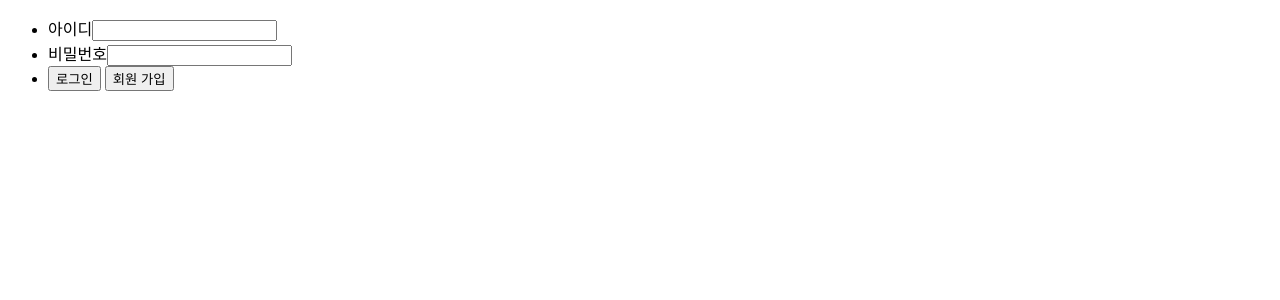
Repository: Tak-kuen/18-2
Page: http://localhost/studyjsp/ch11/loginForm.jsp
These files come from the project's save history. The page is drawn as it stood at one moment and after the next save; the edit follows.
The browser window is 1280 px wide. The pictures show the whole page.
The page is served by Tomcat 9. Other server files are loaded and not shown.

Above is the page before, as saved 2018-10-31 08:49:23.

### code/studyjsp/WebContent/ch11/loginForm.jsp
<%@ page language="java" contentType="text/html; charset=UTF-8"
    pageEncoding="UTF-8"%>
<%@ taglib prefix="c" uri="http://java.sun.com/jsp/jstl/core" %>
<!DOCTYPE html>
<html>
<head>
<meta charset="UTF-8">
<title>LoginForm</title>
</head>
<body>
<script src="../js/jquery-3.3.1.min.js"></script>
<script src="login.js"></script>
<c:if test="${empty id}">
	<div id="status">
		<ul>
			<li><label for="id">아이디</label><input id="id" name="id" type="email" size="20" maxlength="50">
			<li><label for="passwd">비밀번호</label><input id="passwd" name="passwd" type="password" size="20" maxlength="16">
			<li class="label2">
				<button id="login">로그인</button>
				<button id="register">회원 가입</button>
		</ul>
	</div>
</c:if>
<c:if test="${not empty id}">
	<div id="status">
		<ul>
			<li><b>${id}</b>님이 로그인 하셨습니다.
			<li class="label2"><button id="logout">로그아웃</button>
			<button id="update">회원 정보 변경</button>
		</ul>
	</div>
</c:if>
</body>
</html>

### code/studyjsp/WebContent/ch11/login.js
/**
 *
 */
var status=true;

$(document).ready(function() {
	$("#register").click(function() {
		$("#main_auth").load ("registerForm.jsp");
	});

	$("#login").click(function() {
		checkIt();
		if(status) {
			var query = {id: $("#id").val(),
					passwd: $("#passwd").val()};

			$.ajax({
				type:"post",
				url:"loginPro.jsp",
				data:query,
				success:function(data) {
					if(data==1) {
						$("#main_auth").load ("loginForm.jsp");
					}else if(data==0){
						alert("비밀번호가 틀립니다.");
						$("#passwd").val("");
						$("#passwd").focus();
					}else if(data== -1) {
						alert("아이디가 틀립니다");
						$("#id").val("")
						$("#passwd").val("");
						$("#id").focus();
					}//if - else if
				}//success
			});//ajax
		}//if
	});//#login

	$("#update").click(function() {
		$("#main_auth").load("modify.jsp");
	});

	$("#logout").click(function() {
		$.ajax({
			type:"post",
			url:"logout.jsp",
			success: function(data) {
				$("#main_auth").load("loginForm.jsp");
			}//success
		});//ajax
	});//logout

});//document

function checkIt() {
	status=true;
	if(!$.trim($("#id").val())) {
		alert("아이디를 입력하세요");
		$("#id").focus();
		status=false;
		return false;
	}
	if(!$.trim($("#passwd").val())) {
		alert("비밀번호를 입력하세요");
		$("#passwd").focus();
		status=false;
		return false;
	}
}

Loaded but not shown: code/studyjsp/WebContent/js/jquery-3.3.1.min.js (library)

After the next save:
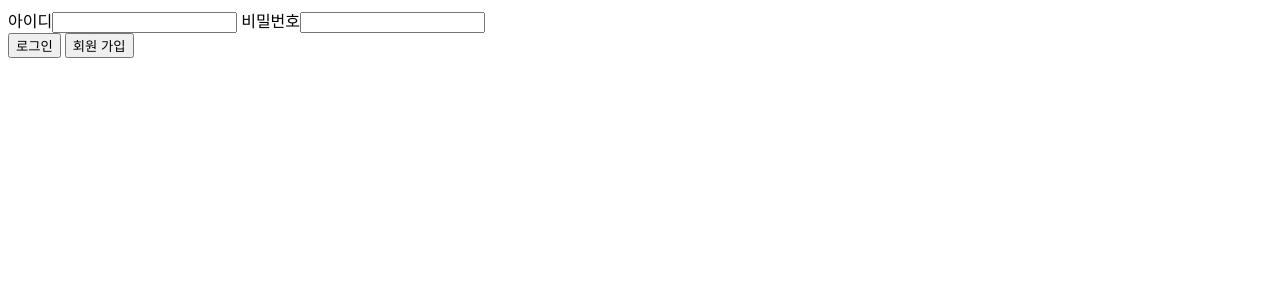
Saved 43 s later.
--- a/code/studyjsp/WebContent/ch11/loginForm.jsp
+++ b/code/studyjsp/WebContent/ch11/loginForm.jsp
@@ -12,13 +12,10 @@
 <script src="login.js"></script>
 <c:if test="${empty id}">
 	<div id="status">
-		<ul>
-			<li><label for="id">아이디</label><input id="id" name="id" type="email" size="20" maxlength="50">
-			<li><label for="passwd">비밀번호</label><input id="passwd" name="passwd" type="password" size="20" maxlength="16">
-			<li class="label2">
-				<button id="login">로그인</button>
-				<button id="register">회원 가입</button>
-		</ul>
+		<label for="id">아이디</label><input id="id" name="id" type="email" size="20" maxlength="50">
+		<label for="passwd">비밀번호</label><input id="passwd" name="passwd" type="password" size="20" maxlength="16"><br/>
+		<button id="login">로그인</button>
+		<button id="register">회원 가입</button>
 	</div>
 </c:if>
 <c:if test="${not empty id}">
